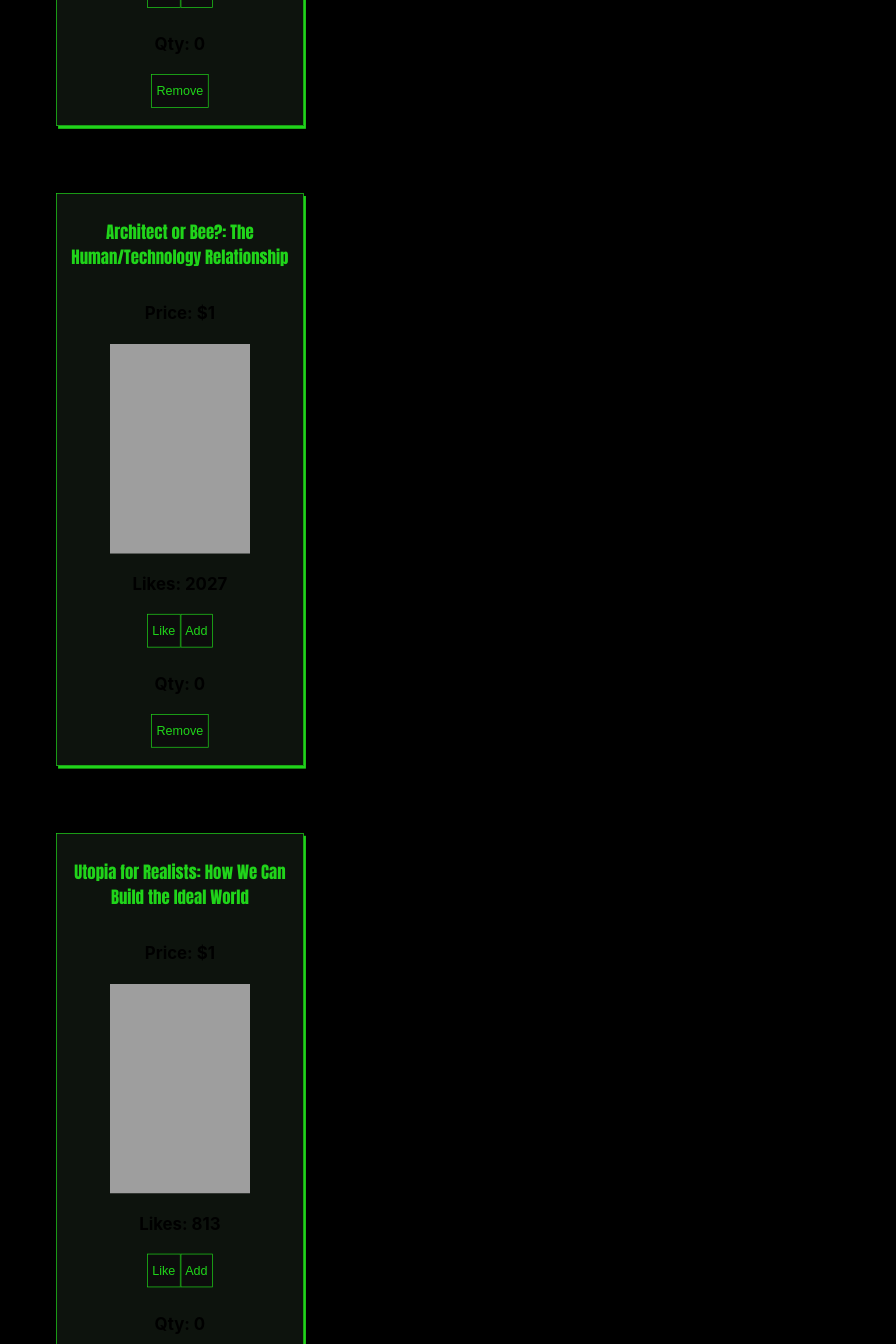
Repository: rvelarden/React-Hooks-UtopianTech-Bookstore
Page: / (app in utopiantech/)
These files come from the project's save history. The page is drawn as it stood at one moment and after a run of saves; the edit follows.
The browser window is 1280 px wide. The pictures show the part of the page from y = 850 to 2770 px (the page is 7476 px tall before and 8918 px after), at 70% of full size.
Pictures or frames that could not be fetched are drawn as grey boxes. The project was rebuilt for these pictures with package versions that can differ from the ones it lists, and the page was loaded fresh each time. A package was used in the major version that the imports need, not the one package.json lists. Also part of the build but not shown: utopiantech/src/components/Shop.js, utopiantech/src/components/Spanish.js.

Above is the page before, as saved 2021-11-24 14:23:24.

After the next 9 saves:
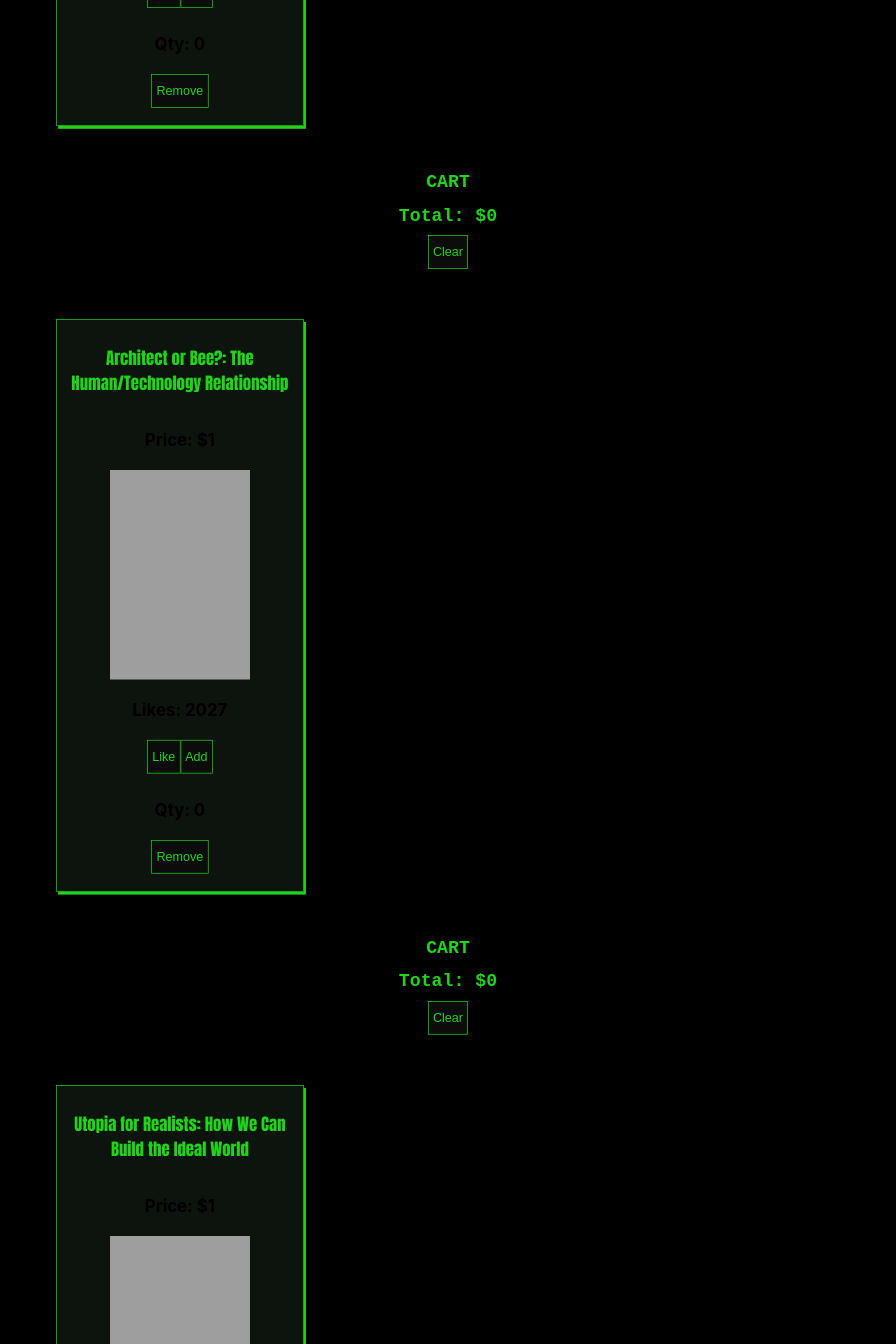
The 9 saves are shown as one change because 2 did not build or start and some came seconds apart.
The last was saved 39 s later.
--- a/utopiantech/src/components/Book.js
+++ b/utopiantech/src/components/Book.js
@@ -74,6 +74,7 @@ const Book = (props) => {
     const [items, setItems] = React.useState(allItems)
     const [text, setText] = React.useState(false)
     const addToCart = (item) => setCart((currentCart) => [...currentCart, item])
+    const cartTotal = cart.reduce((total, { price = 0 }) => total + price, 0);
 
     const removeFromCart = (item) => {
         setCart((currentCart) => {
@@ -124,6 +125,12 @@ const Book = (props) => {
             <h2>Qty: {amountOfItems(props.book.id)}</h2>
             <button type="submit" onClick={() => removeFromCart(props.book)}> Remove </button>
             </div>
+            <h1 className="center-text font-text-text">CART</h1>
+            <h1 className="center-text font-text-text">Total: ${cartTotal}</h1>
+            <div>
+            <br></br>
+            <button className="center-button" onClick={() => setCart([])}>Clear</button>
+            </div>
             </div>
       )
     }
